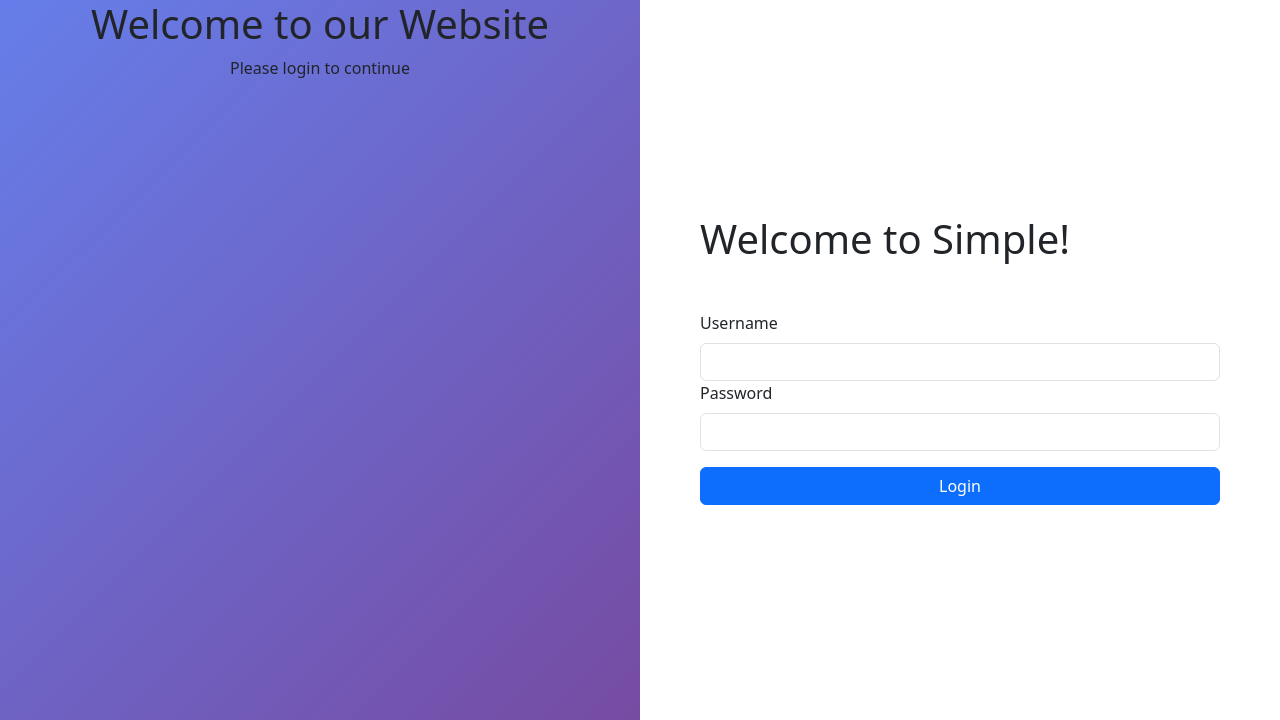
Repository: oboioz/SimpleTodoApp
Page: / (app in SimpleTodoAppFrontEnd/todo-app/)
An editor plug-in stored every save of this project. The page is shown before and after the next save, followed by the edit.
The browser window is 1280 px wide. The pictures show the whole page.
The project was rebuilt for these pictures with package versions that can differ from the ones it lists, and the page was loaded fresh each time.

Above is the page before, as saved 2024-04-03 20:45:01.

### SimpleTodoAppFrontEnd/todo-app/src/App.js
import 'bootstrap/dist/css/bootstrap.min.css';
import './App.css';
import TodoApp from './components/TodoApp';

function App() {
  return (
    <div className="App">
      <TodoApp />
    </div>
  )
}

export default App;

### SimpleTodoAppFrontEnd/todo-app/src/components/TodoApp.jsx
import LoginComponent from "./todo/Login/LoginComponent";

export default function TodoApp() {
    return (
        <div className="todo-app">
            <LoginComponent />
        </div>
    )
}

### SimpleTodoAppFrontEnd/todo-app/src/components/todo/Login/LoginComponent.jsx
import './LoginStyle.css';


function LoginComponent() {

    return (
        <div className="Login container-fluid">
            <div className="row align-items-center">
                <div className="col gradient-background">
                    <div className="content">
                        <h1 className="text">Welcome to our Website</h1>
                        <p className="text">Please login to continue</p>
                    </div>
                </div>
                <div className="col">

                    <form className="LoginForm m-5">
                        <h1 class="mb-5">Welcome to Simple!</h1>
                        <div>
                            <label className="form-label">Username</label>
                            <input type="text" name="username" className="form-control" />
                        </div>
                        <div>
                            <label className="form-label">Password</label>
                            <input type="password" name="password" className="form-control" />
                        </div>

                        <button type="button" name="login" class="btn btn-primary mt-3">Login</button>
                    </form>
                </div>
            </div>
        </div>

    )

}

export default LoginComponent;

### SimpleTodoAppFrontEnd/todo-app/src/components/todo/Login/LoginStyle.css
@import url('https://fonts.googleapis.com/css2?family=Righteous&display=swap');

.row {
    display: flex;
    justify-content: center;
    align-items: center;
    height: 100vh;
}

.LoginForm {
    display: flex;
    flex-direction: column;
    text-align: left;
    justify-content: left;
    align-items: left;
    margin-top: -8vh;
}

.img {
    width: '100%';
    height: '100%';
    object-fit:'cover';
}

.gradient-background {
    background: linear-gradient(135deg, #667eea 0%, #764ba2 100%);
    height: 100%;
}

Loaded but not shown: SimpleTodoAppFrontEnd/todo-app/public/index.html (common file); SimpleTodoAppFrontEnd/todo-app/src/index.js (common file); SimpleTodoAppFrontEnd/todo-app/src/index.css (common file); SimpleTodoAppFrontEnd/todo-app/src/reportWebVitals.js (common file); SimpleTodoAppFrontEnd/todo-app/src/App.css (common file)

After the next save:
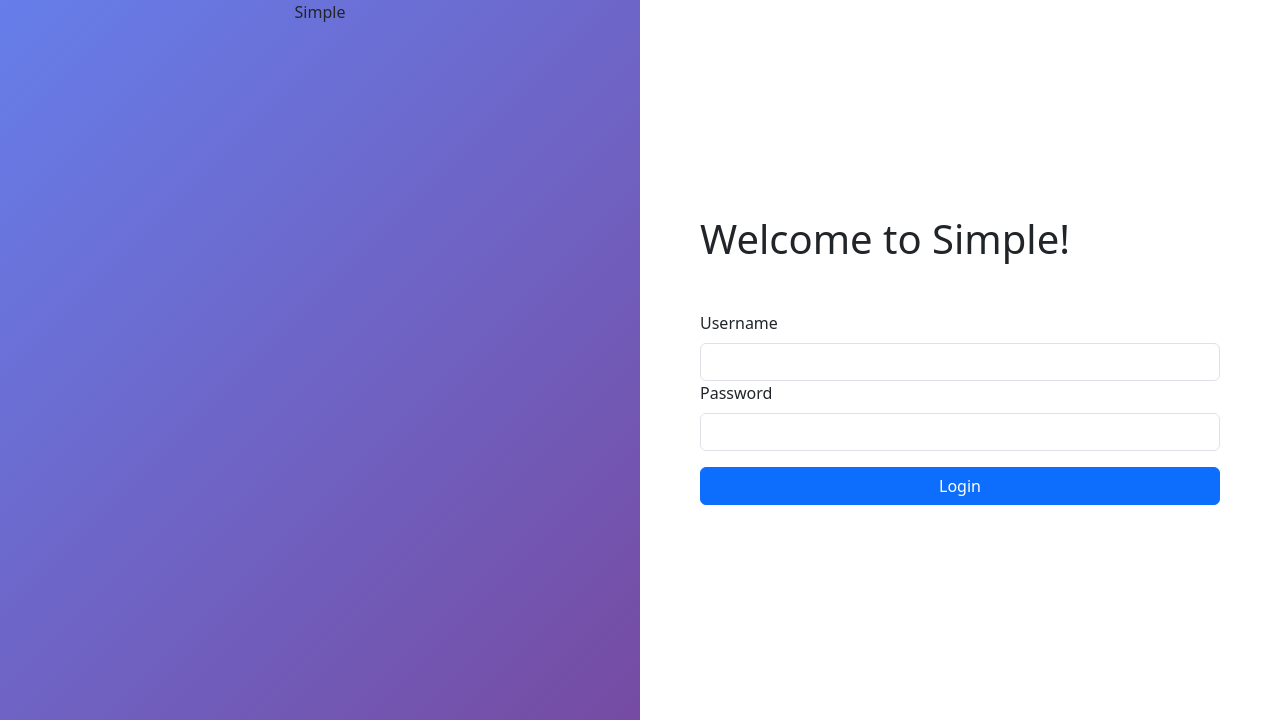
Saved 23 s later.
--- a/SimpleTodoAppFrontEnd/todo-app/src/components/todo/Login/LoginComponent.jsx
+++ b/SimpleTodoAppFrontEnd/todo-app/src/components/todo/Login/LoginComponent.jsx
@@ -7,9 +7,8 @@ function LoginComponent() {
         <div className="Login container-fluid">
             <div className="row align-items-center">
                 <div className="col gradient-background">
-                    <div className="content">
-                        <h1 className="text">Welcome to our Website</h1>
-                        <p className="text">Please login to continue</p>
+                    <div className="Logo">
+                        Simple
                     </div>
                 </div>
                 <div className="col">
